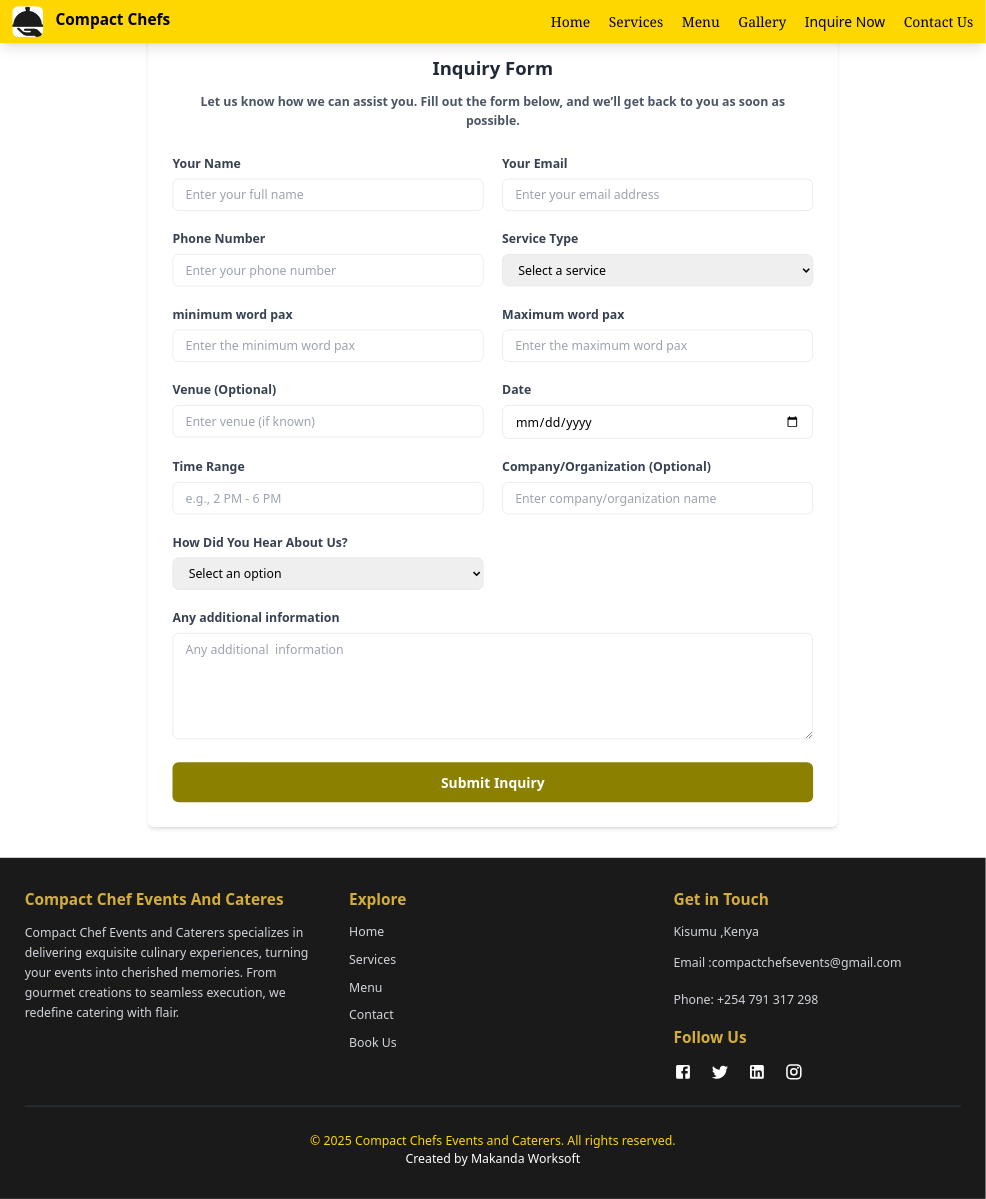
Repository: makanda596/compactchef
Page: /book
These files come from the project's save history. The page is drawn as it stood at one moment and after the next save; the edit follows.
The browser window is 1280 px wide. The pictures show the whole page, at 77% of full size.
The project was rebuilt for these pictures with package versions that can differ from the ones it lists, and the page was loaded fresh each time. Also part of the build but not shown: src/components/Hero.jsx, src/components/Client.jsx, src/components/Reviews.jsx, src/components/About.jsx, src/pages/Home.jsx, src/pages/Services.jsx, src/pages/Menu.jsx, src/pages/Contact.jsx and 1 more.

Above is the page before, as saved 2025-01-21 14:30:46.

After the next save:
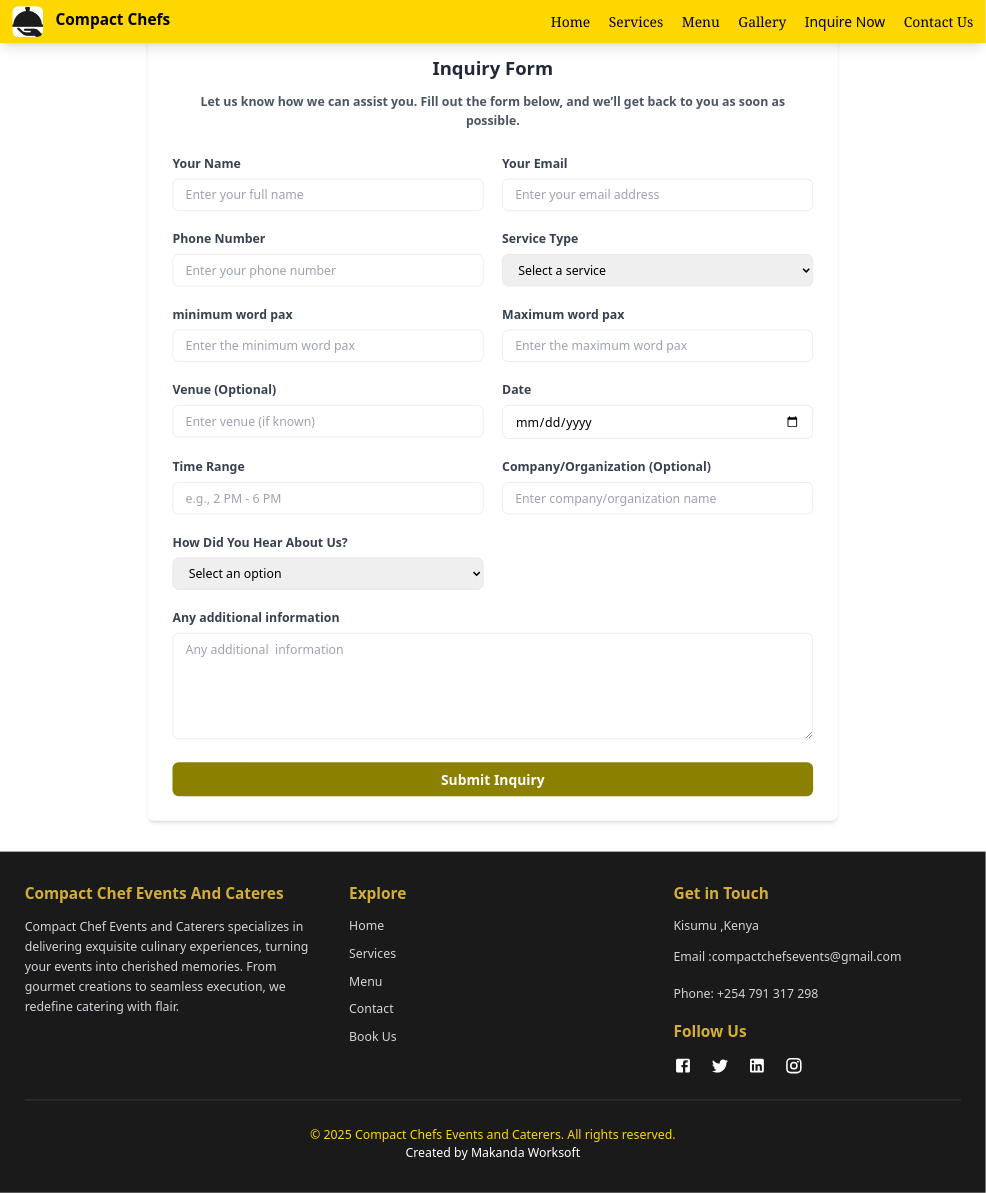
Saved 22 s later.
--- a/src/pages/Book.jsx
+++ b/src/pages/Book.jsx
@@ -308,7 +308,7 @@ function Inquiry() {
                     <div>
                         <button
                             type="submit"
-                            className="w-1/2 md:w-full bg-[#8b8000] text-white py-3 rounded-lg text-lg font-bold hover:bg-[#a08d00] transition duration-300"
+                            className="w-1/2 md:w-full bg-[#8b8000] text-white py-2 rounded-lg text-lg font-bold hover:bg-[#a08d00] transition duration-300"
                         >
                             {loading ? "Submitting..." : "Submit Inquiry"}
                         </button>
